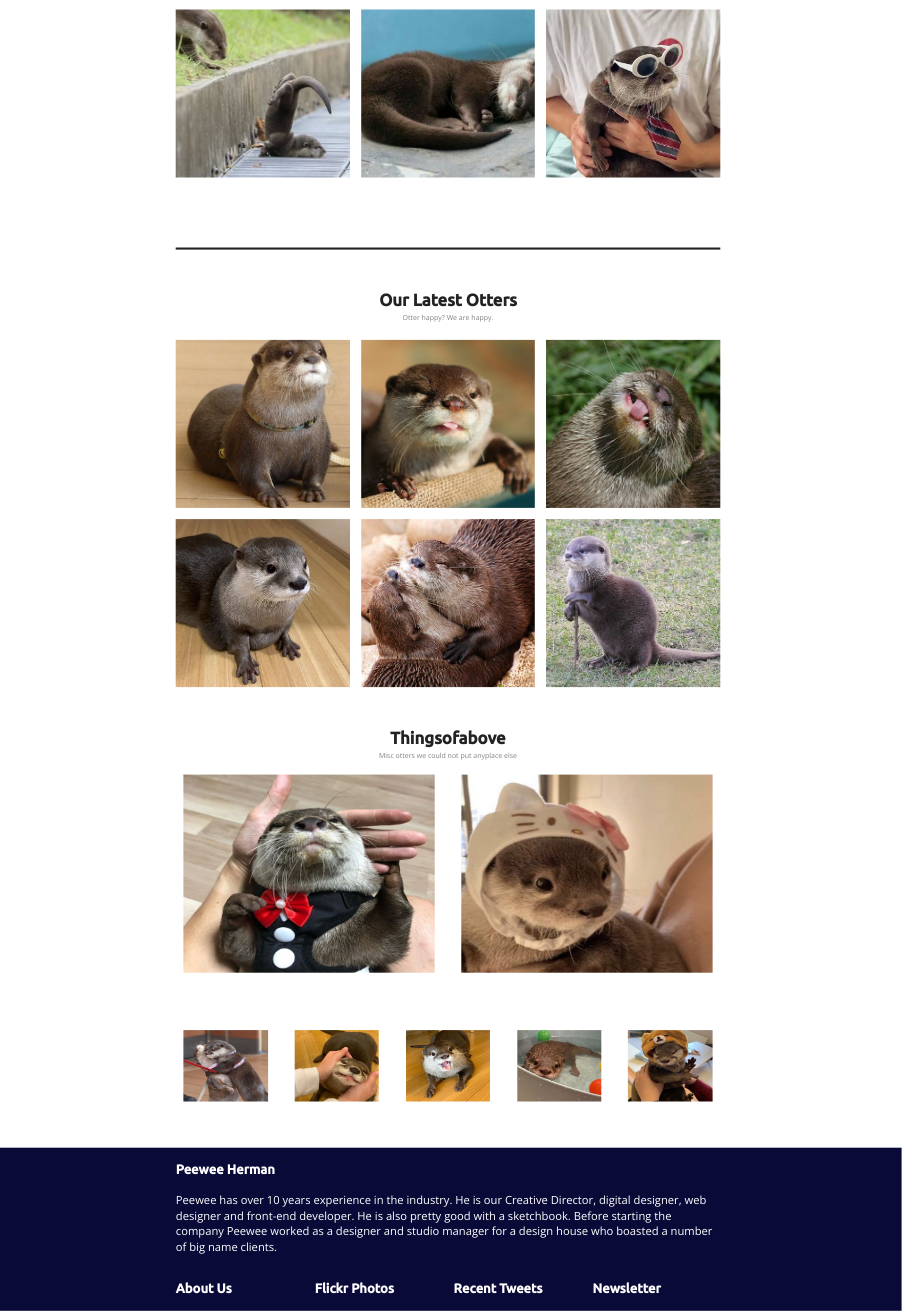
Repository: kennyharman/Marlowe_Kenny_Lab_02B
Page: index.html
An editor plug-in stored every save of this project. The page is shown before and after the next save, followed by the edit.
The browser window is 1280 px wide. The page is 1296 px wide, so the pictures cover 1296 px, including what lies to the right of the window. The pictures show the part of the page from y = 1042 to 2922 px (the page is 2922 px tall before and 2902 px after), at 70% of full size.

Above is the page before, as saved 2024-02-08 20:13:44.

### index.html
<!doctype html>
<html class="no-js" lang="EN">

<head>
  <meta charset="utf-8">
  <meta name="viewport" content="width=device-width, initial-scale=1">
  <title></title>
  <link rel="stylesheet" href="css/style.css">
  <link href="https://fonts.googleapis.com/css2?family=Open+Sans:ital,wght@0,400;0,700;1,400&family=Ubuntu:ital,wght@0,300;0,500;1,300&display=swap" rel="stylesheet">
  <meta name="description" content="">

  <meta property="og:title" content="Metrolics page">
  <meta property="og:type" content="website">
  <meta property="og:url" content="http://localhost:8888/metrolics/">

  <link rel="icon" href="/favicon.ico" sizes="any">
  <link rel="icon" href="/icon.svg" type="image/svg+xml">
  <link rel="apple-touch-icon" href="icon.png">

  <link rel="manifest" href="site.webmanifest">
  <meta name="theme-color" content="#fafafa">
</head>

<body class="page">
  <script src="js/app.js"></script>

<header class="page__header">
  <div class="row m-col-2 l-col-2 menu">
    <div class="col header__menu-logo">
      <h1>Metrolics</h1>
    </div>
    <div class="col header__menu-nav">
      Home
      Pages
      Blog
      Portfolio
      Home
    </div>
</header>

<main>
  <div class="page__banner">
    <div class="col banner-header">
      <img src="images/pink_otter.jpg">
      <ul class="listed-items">
        <li>Metro Style</li>
        <li>Retina Ready</li>
        <li>Responsive Design</li>
      </ul>
    </div>
  </div>
  <div class="page__section">
    <div class="row header">
      <div class="col header-text">
        <h2>Hey guys! This is the <span class="text__color-change">Metrolics</span> theme.<br/>It sports a responsive layout with a mobile layout.</h2>
      </div>
    </div>
  </div>

  <div class="section-services">
    <div class="row m-col-2 l-col-4">
      <div class="col m-row-span l-row-span heading">
        <h3>Things That We Do</h3>
        <p>Ask us what we can do for you</p>
      </div>
      <div class="col services-card">
        <h4>Otter solutions</h4>
        We are a fairly small, flexible otter studio that designs for print and web. We work flexibly with otters to fulfil their design needs. Whether you need to create an otter from scratch, including marketing materials
      </div>
      <div class="col services-card">
        <h4>Photography</h4>
        We are a fairly small, flexible otter studio that designs for print and web. We work flexibly with otters to fulfil their design needs. Whether you need to create an otter from scratch, including marketing materials
      </div>
      <div class="col services-card">
        <h4>Otter Development</h4>
        We are a fairly small, flexible otter studio that designs for print and web. We work flexibly with otters to fulfil their design needs. Whether you need to create an otter from scratch, including marketing materials
      </div>
      <div class="col services-card">
        <h4>Otter Design</h4>
        We are a fairly small, flexible otter studio that designs for print and web. We work flexibly with otters to fulfil their design needs. Whether you need to create an otter from scratch, including marketing materials
      </div>
    </div>
  </div>
    </div>
  </div>

  <div class="section-work">
    <div class="row m-col-2 l-col-3">
      <div class="col m-row-span l-row-span heading">
        <h3>What's Up Lately</h3>
        <p>Read up on our latest otters</p>
      </div>
      <div class="col m-row-span image">
        <img src="images/otter7.jpg" alt="Otter Fall">
      </div>
      <div class="col image">
        <img src="images/otter8.jpg" alt="Sleepy Otter">
      </div>
      <div class="col image">
        <img src="images/otter9.jpg" alt="Madi the Otter">
      </div>
    </div>
  </div>

  <div class="section-projects">
    <div class="row m-col-2 l-col-3">
      <div class="col m-row-span l-row-span heading">
        <h3>Our Latest Otters</h3>
        <p>Otter happy? We are happy.</p>
      </div>
      <div class="col image">
        <img src="images/otter1.jpg" alt="Curious Otter">
      </div>
      <div class="col image">
        <img src="images/otter2.jpg" alt="Teasing Otter">
      </div>
      <div class="col image">
        <img src="images/otter3.jpg" alt="Otter Playing Dead">
      </div>
      <div class="col image">
        <img src="images/otter4.jpg" alt="Pondering Otter">
      </div>
      <div class="col image">
        <img src="images/otter5.jpg" alt="Loving Otters">
      </div>
      <div class="col image">
        <img src="images/otter6.jpg" alt="Wise Otter">
      </div>
    </div>
  </div>

  <div class="section-misc">
    <div class="row l-col-2">
      <div class="col l-row-span heading">
        <h3>Thingsofabove</h3>
        <p>Misc otters we could not put anyplace else</p>
      </div>
      <div class="col misc-content">
        <img src="images/otter10.jpg" alt="Snazzy Otter">
      </div>
      <div class="col misc-content">
        <img src="images/otter11.jpg" alt="Hello Kitty Otter">
      </div>
    </div>
  </div>

  <div class="section-affiliates">
    <div class="row m-col-5 l-col-5">
      <div class="col affiliates-card">
        <img src="images/otter12.jpg" alt="Otter Hug">
      </div>
      <div class="col affiliates-card">
        <img src="images/otter13.jpg" alt="Otter Stretch">
      </div>
      <div class="col affiliates-card">
        <img src="images/otter14.jpg" alt="Surprised Otter">
      </div>
      <div class="col affiliates-card">
        <img src="images/otter15.jpg" alt="Otter Bath">
      </div>
      <div class="col affiliates-card">
        <img src="images/otter16.jpg" alt="Otter Bear">
      </div>
    </div>
  </div>
</main>
<footer class="page__footer">
  <div class="row m-col-2 l-col-4 footer">
    <div class="col m-row-span l-row-span footer-heading">
      <h3>Peewee Herman</h3>
      <p>Peewee has over 10 years experience in the industry. He is our Creative Director, digital designer, web designer and front-end developer. He is also pretty good with a sketchbook. Before starting the company Peewee worked as a designer and studio manager for a design house who boasted a number of big name clients.</p>
    </div>
    <div class="col footer-item">
      <h3>About Us</h3>
    </div>
    <div class="col footer-item">
      <h3>Flickr Photos</h3>
    </div>
    <div class="col footer-item">
      <h3>Recent Tweets</h3>
    </div>
    <div class="col footer-item">
      <h3>Newsletter</h3>
    </div>
  </div>
</footer>
</body>

### css/style.css
/*! HTML5 Boilerplate v9.0.0-RC1 | MIT License | https://html5boilerplate.com/ */

/* main.css 3.0.0 | MIT License | https://github.com/h5bp/main.css#readme */
/*
 * What follows is the result of much research on cross-browser styling.
 * Credit left inline and big thanks to Nicolas Gallagher, Jonathan Neal,
 * Kroc Camen, and the H5BP dev community and team.
 */

/* ==========================================================================
   Base styles: opinionated defaults
   ========================================================================== */

html {
  color: #222;
  font-size: 1em;
  line-height: 1.4;
  margin-left: -1rem;
  margin-right: -1rem;
}

/*
 * Remove text-shadow in selection highlight:
 * https://twitter.com/miketaylr/status/12228805301
 *
 * Customize the background color to match your design.
 */

::-moz-selection {
  background: #b3d4fc;
  text-shadow: none;
}

::selection {
  background: #b3d4fc;
  text-shadow: none;
}

/*
 * A better looking default horizontal rule
 */

hr {
  display: block;
  height: 1px;
  border: 0;
  border-top: 1px solid #ccc;
  margin: 1em 0;
  padding: 0;
}

/*
 * Remove the gap between audio, canvas, iframes,
 * images, videos and the bottom of their containers:
 * https://github.com/h5bp/html5-boilerplate/issues/440
 */

audio,
canvas,
iframe,
img,
svg,
video {
  vertical-align: middle;
}

/*
 * Remove default fieldset styles.
 */

fieldset {
  border: 0;
  margin: 0;
  padding: 0;
}

/*
 * Allow only vertical resizing of textareas.
 */

textarea {
  resize: vertical;
}

/* ==========================================================================
   Author's custom styles
   ========================================================================== */

/* ==========================================================================
   Helper classes
   ========================================================================== */

/*
 * Hide visually and from screen readers
 */

.hidden,
[hidden] {
  display: none !important;
}

/*
 * Hide only visually, but have it available for screen readers:
 * https://snook.ca/archives/html_and_css/hiding-content-for-accessibility
 *
 * 1. For long content, line feeds are not interpreted as spaces and small width
 *    causes content to wrap 1 word per line:
 *    https://medium.com/@jessebeach/beware-smushed-off-screen-accessible-text-5952a4c2cbfe
 */

.visually-hidden {
  border: 0;
  clip: rect(0, 0, 0, 0);
  height: 1px;
  margin: -1px;
  overflow: hidden;
  padding: 0;
  position: absolute;
  white-space: nowrap;
  width: 1px;
  /* 1 */
}

/*
 * Extends the .visually-hidden class to allow the element
 * to be focusable when navigated to via the keyboard:
 * https://www.drupal.org/node/897638
 */

.visually-hidden.focusable:active,
.visually-hidden.focusable:focus {
  clip: auto;
  height: auto;
  margin: 0;
  overflow: visible;
  position: static;
  white-space: inherit;
  width: auto;
}

/*
 * Hide visually and from screen readers, but maintain layout
 */

.invisible {
  visibility: hidden;
}

/*
 * Clearfix: contain floats
 *
 * The use of `table` rather than `block` is only necessary if using
 * `::before` to contain the top-margins of child elements.
 */

.clearfix::before,
.clearfix::after {
  content: "";
  display: table;
}

.clearfix::after {
  clear: both;
}

/* ==========================================================================
   EXAMPLE Media Queries for Responsive Design.
   These examples override the primary ('mobile first') styles.
   Modify as content requires.
   ========================================================================== */

@media only screen and (min-width: 35em) {
  /* Style adjustments for viewports that meet the condition */
}

@media print,
  (-webkit-min-device-pixel-ratio: 1.25),
  (min-resolution: 1.25dppx),
  (min-resolution: 120dpi) {
  /* Style adjustments for high resolution devices */
}

/* ==========================================================================
   Print styles.
   Inlined to avoid the additional HTTP request:
   https://www.phpied.com/delay-loading-your-print-css/
   ========================================================================== */

@media print {
  *,
  *::before,
  *::after {
    background: #fff !important;
    color: #000 !important;
    /* Black prints faster */
    box-shadow: none !important;
    text-shadow: none !important;
  }

  a,
  a:visited {
    text-decoration: underline;
  }

  a[href]::after {
    content: " (" attr(href) ")";
  }

  abbr[title]::after {
    content: " (" attr(title) ")";
  }

  /*
   * Don't show links that are fragment identifiers,
   * or use the `javascript:` pseudo protocol
   */
  a[href^="#"]::after,
  a[href^="javascript:"]::after {
    content: "";
  }

  pre {
    white-space: pre-wrap !important;
  }

  pre,
  blockquote {
    border: 1px solid #999;
    page-break-inside: avoid;
  }

  tr,
  img {
    page-break-inside: avoid;
  }

  p,
  h2,
  h3 {
    orphans: 3;
    widows: 3;
  }

  h2,
  h3 {
    page-break-after: avoid;
  }
}

/* Our Styling */

h1,
h2,
h3,
h4,
h5,
h6 {
    font-family: 'Ubuntu', sans-serif;
}

p {
    font-family: 'Open Sans', sans-serif;
}

.row {
  display: grid;
  margin-top: 2rem;
  column-gap: 1rem;
}
.col {
  position: relative;
  max-height: 100%;

}

.page__header,
.banner-header,
.page__section,
.section-services,
.section-work,
.section-projects,
.section-misc,
.section-affiliates,
.footer {
  margin: auto;
  width: 60%;
}

.heading {
  display: flex;
  flex-direction: column;
  align-items: center;
  padding: 0 auto;
}

.heading > h3 {
  margin-bottom: 0;
  font-size: 24px;
}

.heading > p {
  margin-top: 0;
  font-size: 10px;
  color: grey;
}

.header-text {
  text-align: center;
}

.text__color-change {
  color: lightskyblue;
}

.listed-items {
  position: absolute;
  top: 5rem;
  left: 5rem;
  list-style-type: none;
}

.listed-items > li {
  background-color: white;
  margin-top: 2px;
  padding-top: 0.5rem;
  padding-bottom: 0.5rem;
  font-family: 'Ubuntu', sans-serif;
}

.listed-items li:nth-child(1) {
  border-left: solid 5px blue;
  padding-left: 1rem;
  padding-right: 1rem;
  width: fit-content;
}

.listed-items li:nth-child(2) {
  border-left: solid 5px red;
  padding-left: 1rem;
  padding-right: 1rem;
  width: fit-content;
}

.listed-items li:nth-child(3) {
  border-left: solid 5px yellow;
  padding-left: 1rem;
  padding-right: 1rem;
  width: fit-content;
}

.banner-header {
  position: relative;
}

.services-card {
  text-align: center;
  font-size: 10px;
  padding: 10px;
  color: grey;
  font-family: 'Open Sans', sans-serif;
  line-height: 20px;
}

.services-card > h4 {
  color: black;
}

.image {
  width: 100%;
  height: 15rem;
  margin-top: 1rem;
}

.image > img {
  width: 100%;
  height: 100%;
  object-fit: cover;
}

.misc-content {
  margin-top: 1.5rem;
  margin: 0.7rem;
  margin-bottom: -2rem;
}

.misc-content > img {
  width: 100%;
  height: 85%;
}

.affiliates-card {
  margin: 0.7rem;
  margin-bottom: 3rem;
}

.affiliates-card > img {
  width: 100%;
  height: 85%;;
}

.banner-header {
  justify-content: center;
}

.banner-header > img {
  width: 100%;
  max-height: 70%;
}

.page__banner {
  background-color: lightgray;
}

.page__footer {
  background-color: rgb(10, 10, 56);
  color: white;
}

.section-work {
  border-bottom: 3px solid;
  padding-bottom: 100px;
}

/* Small only */
@media screen and (max-width: 39.9375em) {
  .page__header,
.banner-header,
.page__section,
.section-services,
.section-work,
.section-projects,
.section-misc,
.section-affiliates,
.footer {
  margin: auto;
  width: 20rem;
}

.header {
  margin: -5px;
}
  .header__menu-nav {
    display: none;
  }
  .page__banner {
    display: none;
  }
  .affiliates {
    display: none;
  }
  .misc {
    display: none;
  }
  .services-card {
    text-align: left;
    font-size: 12px;
    padding: 0px;
    color: grey;
    font-family: 'Open Sans', sans-serif;
    line-height: 15px;
    padding-top: 20px;
  }
  .services-card > h4 {
    line-height: 0px;
  }
  .section-misc {
    display: none;
  }
  .section-affiliates {
    display: none;
  }
}

/* Medium only */
@media screen and (min-width: 40em) and
(max-width: 63.9375em) {
  .row {
    max-width: 70rem;
    column-gap: 1.5rem;
    row-gap: 1.5rem;
    margin: 0 auto;
  }
  .m-col-2 {
    grid-template-columns: 1fr 1fr;
  }
  .m-col-3 {
    grid-template-columns: repeat(3, 1fr);
  }
  .m-col-4 {
    grid-template-columns: repeat(4, 1fr);
  }
  .m-col-5 {
    grid-template-columns: repeat(5, 1fr);
  }

  .m-row-span {
    grid-column-start: 1;
    grid-column-end: -1;
  }
}

/* Large only */
@media screen and (min-width: 64em) {
  .l-col-2 {
    grid-template-columns: 1fr 1fr;
  }
  .l-col-3 {
    grid-template-columns: repeat(3, 1fr);
  }
  .l-col-4 {
    grid-template-columns: repeat(4, 1fr);
  }
  .l-col-5 {
    grid-template-columns: repeat(5, 1fr);
  }

  .l-row-span {
    grid-column-start: 1;
    grid-column-end: -1;
  }
}

Loaded but not shown: js/app.js (no stored copy; drawn as an empty file)

After the next save:
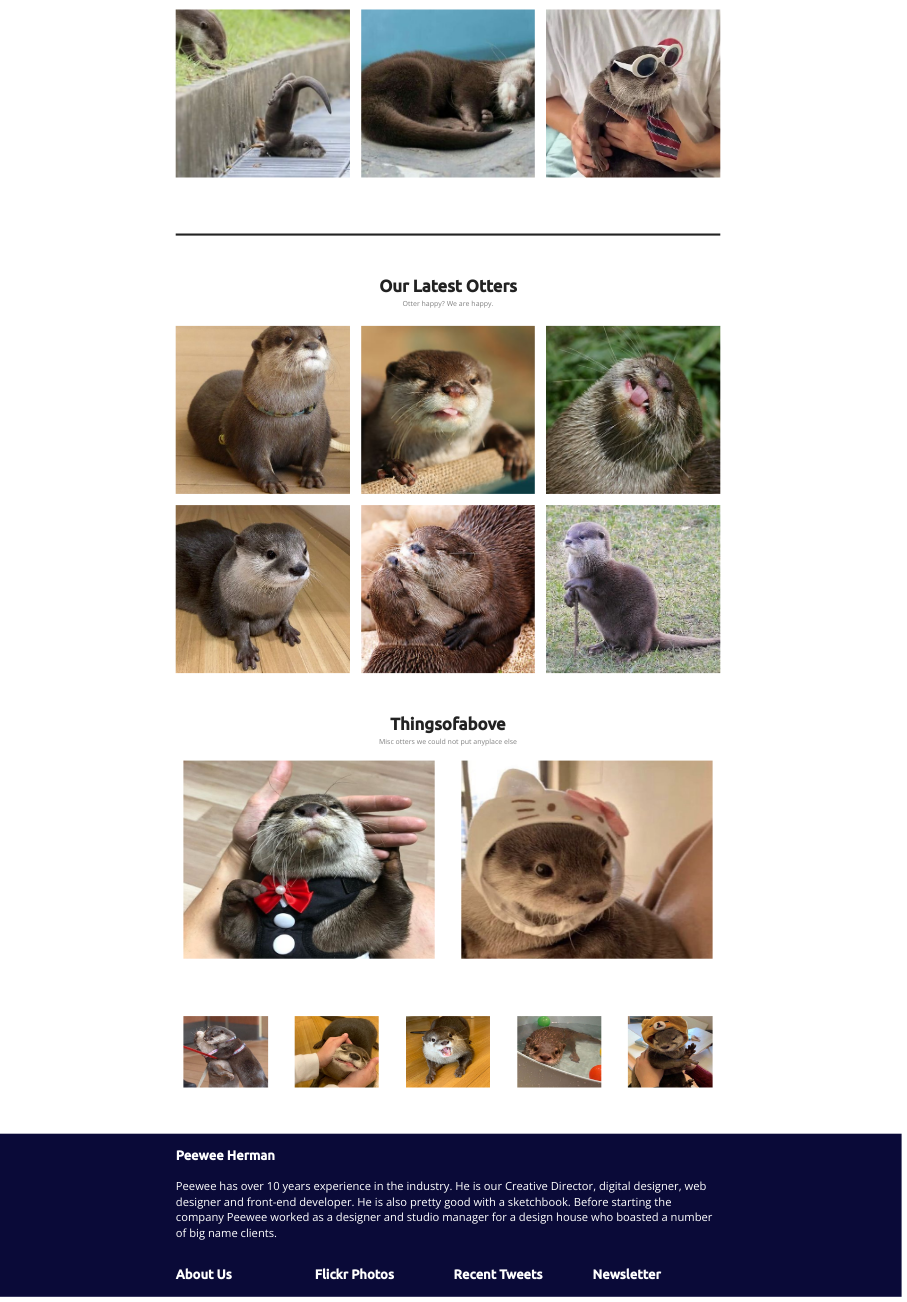
Saved 11 s later.
--- a/css/style.css
+++ b/css/style.css
@@ -418,7 +418,7 @@ p {
 
 .section-work {
   border-bottom: 3px solid;
-  padding-bottom: 100px;
+  padding-bottom: 5rem;
 }
 
 /* Small only */
